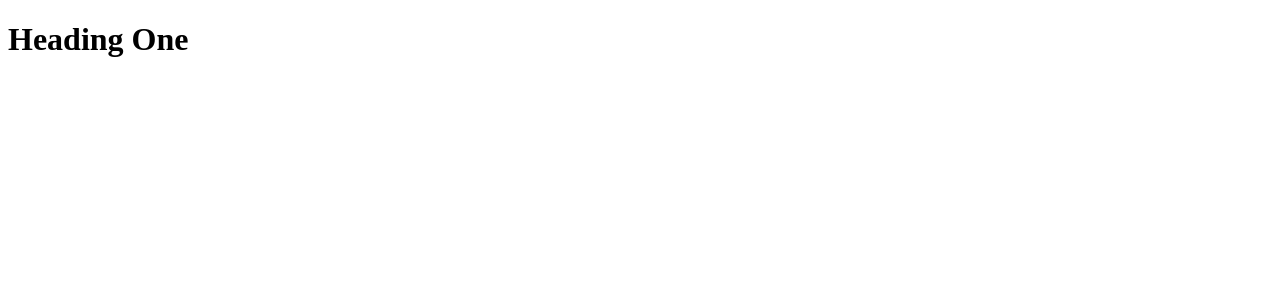
Repository: andiausrust/css-traversy
Page: css-basics/01_basic.html
An editor plug-in stored every save of this project. The page is shown before and after the next save, followed by the edit.
The browser window is 1280 px wide. The pictures show the whole page.

Above is the page before, as saved 2020-08-18 20:27:07.

After the next save:
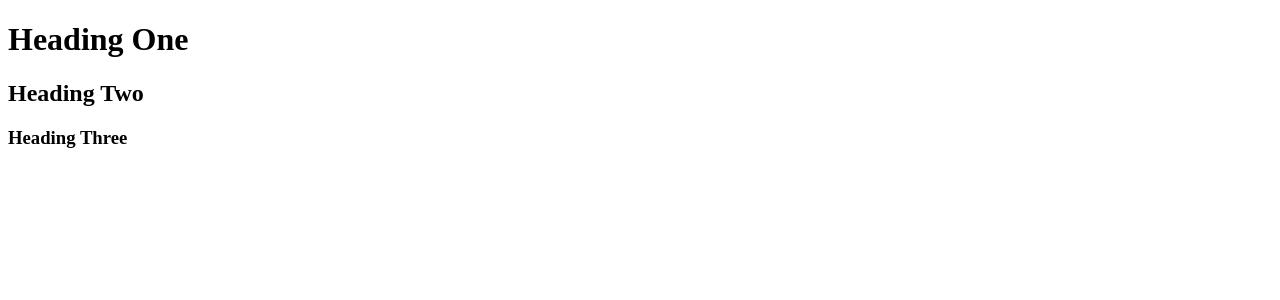
Saved 32 s later.
--- a/css-basics/01_basic.html
+++ b/css-basics/01_basic.html
@@ -7,5 +7,7 @@
     </head>
     <body>
         <h1>Heading One</h1>
+        <h2>Heading Two</h2>
+        <h3>Heading Three</h3>
     </body>
 </html>
